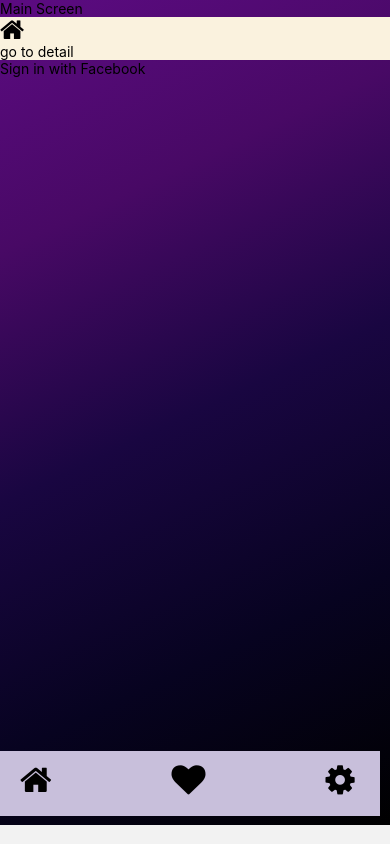
Repository: eyebone/barManager
Screen: /Main
An editor plug-in stored every save of this project. The screen is shown before and after the next save, followed by the edit.
The app was drawn by React Native's web renderer in a window 390 px wide. The project was rebuilt for these pictures with package versions that can differ from the ones it lists, and the page was loaded fresh each time. Also part of the build but not shown: components/EmojiPicker.js, components/Button.js, components/ImageViewer.js, components/circleButton.js, components/IconButton.js, view/ViewOne.js, view/Sign.js.

Above is the screen before, as saved 2023-06-27 09:11:19.

### App.js
// In App.js in a new project

import * as React from "react";
import { Button, View, Text, StyleSheet, Pressable, Alert } from "react-native";
import { NavigationContainer } from "@react-navigation/native";
import { createNativeStackNavigator } from "@react-navigation/native-stack";
import { ViewOne } from "./view/ViewOne";
import { SignView } from "./view/Sign";
import { LinearGradient } from "expo-linear-gradient";
import FontAwesome from "react-native-vector-icons/FontAwesome";
import { MainView } from "./view/Main";
import { NavigationBar } from "./components/NavigationBar";
function HomeScreen({ navigation }) {
  return (
    <View style={styles.container}>
      <LinearGradient
        start={{ x: 0, y: 0 }}
        end={{ x: 1, y: 1 }}
        colors={["#5c0b82", "#480965", "#190641", "#070320", "#000000"]}
        style={styles.linearGradient}
      >
        <Text>Home Screen</Text>
        <Pressable
          style={(styles.button, { backgroundColor: "#faf2de" })}
          onPress={() => navigation.push("test")}
        >
          <FontAwesome name="home" size={26} style={{ paddingRight: 8 }} />
          <Text>go to detail</Text>
        </Pressable>

        <Button
          title="Go to Sign"
          onPress={() => navigation.navigate("sign")}
        />
        <Text style={styles.buttonText}>Sign in with Facebook</Text>
      </LinearGradient>
    </View>
  );
}

const Stack = createNativeStackNavigator();

function App() {
  return (
    <NavigationContainer style={styles.container}>
      <Stack.Navigator initialRouteName="Home">
        <Stack.Screen
          name="Home"
          component={HomeScreen}
          // options={{ title: "Overview", backgroundColor: "transparent" }}
          options={{ headerShown: false }}
        />

        <Stack.Screen name="test" component={ViewOne} />
        <Stack.Screen
          name="sign"
          component={SignView}
          options={{ headerShown: false }}
        />
        <Stack.Screen
          name="Main"
          component={MainView}
          options={{ headerShown: false }}
        />
      </Stack.Navigator>
    </NavigationContainer>
  );
}

export default App;

const styles = StyleSheet.create({
  container: {
    flex: 1,
    flexDirection: "column",
    backgroundColor: "#000000",
    //    alignItems: 'center',
  },
  linearGradient: {
    height: 740,
  },
  button: {
    borderRadius: 10,
    width: 300,
    height: 30,
    alignItems: "center",
    justifyContent: "center",
    flexDirection: "row",
  },
});

### view/Main.js
// 这是主界面

import { useState } from "react";
import { StatusBar } from "expo-status-bar";
import { StyleSheet, View } from "react-native";
import * as ImagePicker from "expo-image-picker";
import EmojiPicker from "../components/EmojiPicker";
import Button from "../components/Button";
import ImageViewer from "../components/ImageViewer";
import CircleButton from "../components/circleButton";
import IconButton from "../components/IconButton";
import { NavigationContainer } from "@react-navigation/native";
import { createNativeStackNavigator } from "@react-navigation/native-stack";
import { Text, Pressable } from "react-native";
import { NavigationBar } from "../components/NavigationBar";
import { LinearGradient } from "expo-linear-gradient";
import FontAwesome from "react-native-vector-icons/FontAwesome";

export function MainView({ navigation }) {
  return (
    <LinearGradient
      start={{ x: 0, y: 0 }}
      end={{ x: 1, y: 1 }}
      colors={["#5c0b82", "#480965", "#190641", "#070320", "#000000"]}
      style={styles.linearGradient}
    >
      <Text>Main Screen</Text>
      <Pressable
        style={(styles.button, { backgroundColor: "#faf2de" })}

      >
        <FontAwesome name="home" size={26} style={{ paddingRight: 8 }} />
        <Text>go to detail</Text>
      </Pressable>


      <Text style={styles.buttonText}>Sign in with Facebook</Text>
      <NavigationBar />
    </LinearGradient>
  );
}

const styles = StyleSheet.create({
  container: {
    flex: 1,
    flexDirection: "column",
    backgroundColor: "#000000",
    //    alignItems: 'center',
  },
  linearGradient: {
    height: 825,
  },
  button: {
    borderRadius: 10,
    width: 300,
    height: 30,
    alignItems: "center",
    justifyContent: "center",
    flexDirection: "row",
  },
});

### components/NavigationBar.js
//这是底部导航栏
import { StatusBar } from "expo-status-bar";
import { StyleSheet, View, Text } from "react-native";
import Button from "../components/Button";
import ImageViewer from "../components/ImageViewer";
import * as ImagePicker from "expo-image-picker";
import { useState } from "react";
const PlaceholderImage = require("../assets/images/background-image.png");
import * as React from "react";
import FontAwesome from "react-native-vector-icons/FontAwesome";
import {
  FlatList,
  Image,
  Platform,
  Pressable,
  PixelRatio,
  TextInput,
  Alert,
} from "react-native";
import { NavigationContainer } from "@react-navigation/native";
import { createNativeStackNavigator } from "@react-navigation/native-stack";
import { LinearGradient } from "expo-linear-gradient";
import CircleButton from "./circleButton";
export function NavigationBar({ navigation }) {
  return (
    <View style={styles.bar}>
      <Pressable
        style={{ marginLeft: 20, marginTop: 12 }}
        onPress={() => navigation.push("Home")}
      >
        <FontAwesome name="home" size={34}></FontAwesome>
      </Pressable>
      <Pressable>
        <FontAwesome
          name="heart"
          size={34}
          style={{ marginLeft: 120, marginTop: 12 }}
        ></FontAwesome>
      </Pressable>
      {/* <CircleButton /> */}
      <Pressable>
        <FontAwesome
          name="cog"
          size={34}
          style={{ marginLeft: 120, marginTop: 12 }}
        ></FontAwesome>
      </Pressable>
    </View>
  );
}

const styles = StyleSheet.create({
  bar: {
    width: 380,
    height: 65,
    backgroundColor: "#C8BFDB",
    marginTop: 674,
    flexDirection: "row",
  },
});

After the next save:
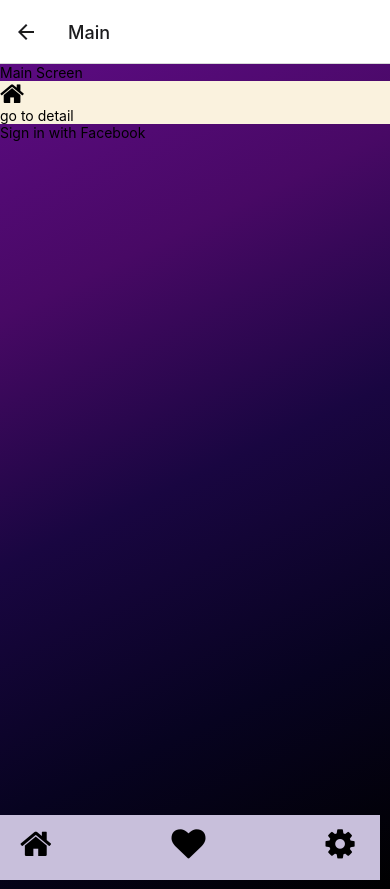
Saved 38 s later.
--- a/App.js
+++ b/App.js
@@ -60,7 +60,7 @@
         <Stack.Screen
           name="Main"
           component={MainView}
-          options={{ headerShown: false }}
+          // options={{ headerShown: false }}
         />
       </Stack.Navigator>
     </NavigationContainer>

After the save that followed:
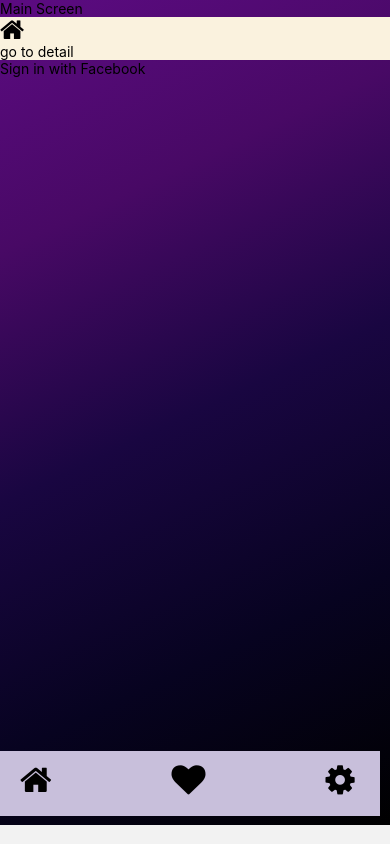
Saved 79 s later.
--- a/App.js
+++ b/App.js
@@ -60,7 +60,7 @@
         <Stack.Screen
           name="Main"
           component={MainView}
-          // options={{ headerShown: false }}
+          options={{ headerShown: false }}
         />
       </Stack.Navigator>
     </NavigationContainer>
